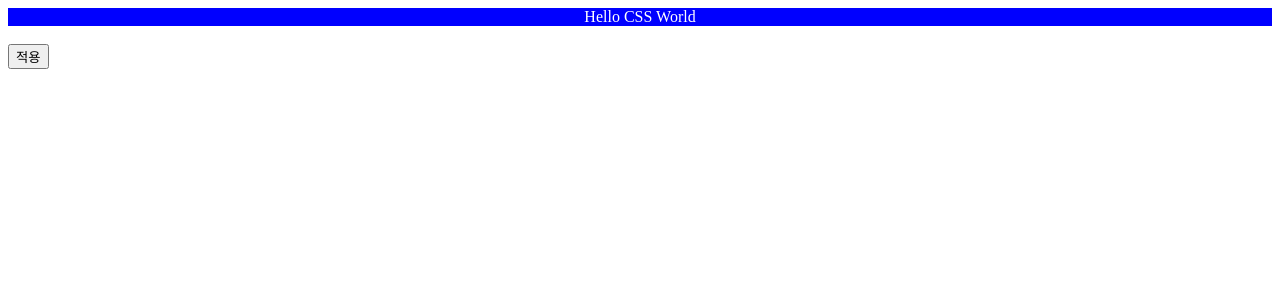
Repository: Seokho96/CSSPractice
Page: css/sample01/WebContent/index3.html
These files come from the project's save history. The page is drawn as it stood at one moment and after the next save; the edit follows.
The browser window is 1280 px wide. The pictures show the whole page.
After loading, the first visible `button` was clicked once.

Above is the page before, as saved 2020-07-13 01:51:22.

### css/sample01/WebContent/index3.html
<!DOCTYPE html>
<html>
<head>
<meta charset="UTF-8">
<title>Insert title here</title>
</head>
<body>

<div id="demo">Hello CSS World </div>
<br>

<button type="button" onclick="func()">적용</button>

<script type="text/javascript">
function func() {
	let obj = document.getElementById("demo");

	obj.style.color = 'white';
	obj.style.backgroundColor = '#0000ff';
    obj.style.textAlign = 'center';
    obj.borderStyle = 'double';
}

</script>
</body>
</html>

After the next save:
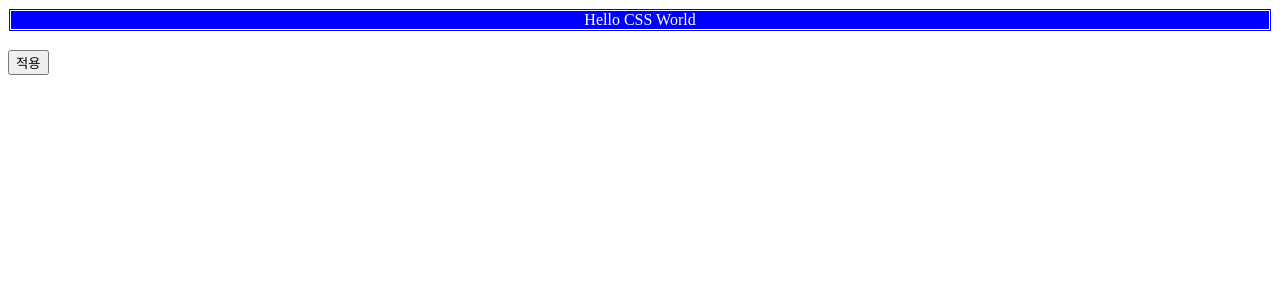
Saved 33 s later.
--- a/css/sample01/WebContent/index3.html
+++ b/css/sample01/WebContent/index3.html
@@ -18,7 +18,7 @@ function func() {
 	obj.style.color = 'white';
 	obj.style.backgroundColor = '#0000ff';
     obj.style.textAlign = 'center';
-    obj.borderStyle = 'double';
+    obj.style.borderStyle = 'double';
 }
 
 </script>
